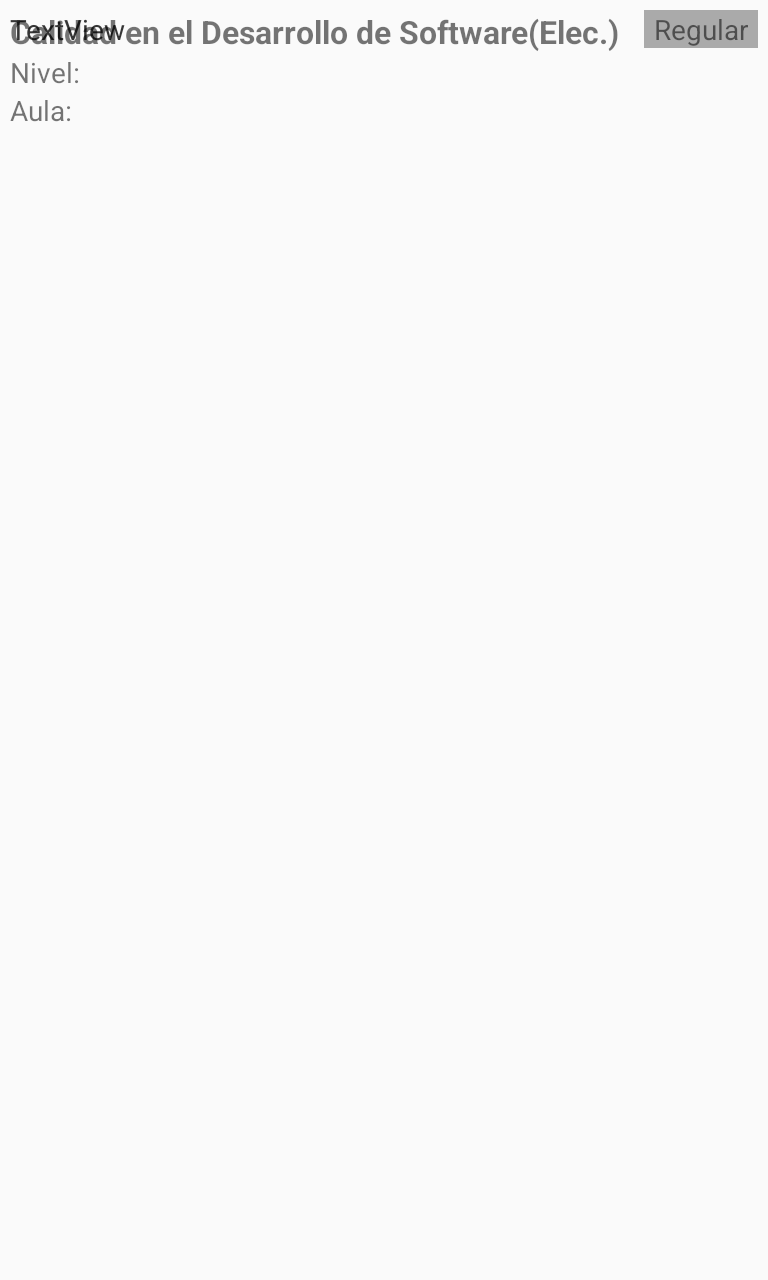
Repository: juanpablobono/Sysacadalumnos
Layout: Sysacad/res/layout/lst_cursado_item.xml
These files come from the project's save history. The layout is drawn as it stood at one moment and after the next save; the edit follows.
It is drawn on a 768 x 1280 px phone screen (xhdpi) without system bars, with theme temaSysacad; the app's code is not run.

Above is the layout before, as saved 2014-07-07 12:44:18.

After the next save:
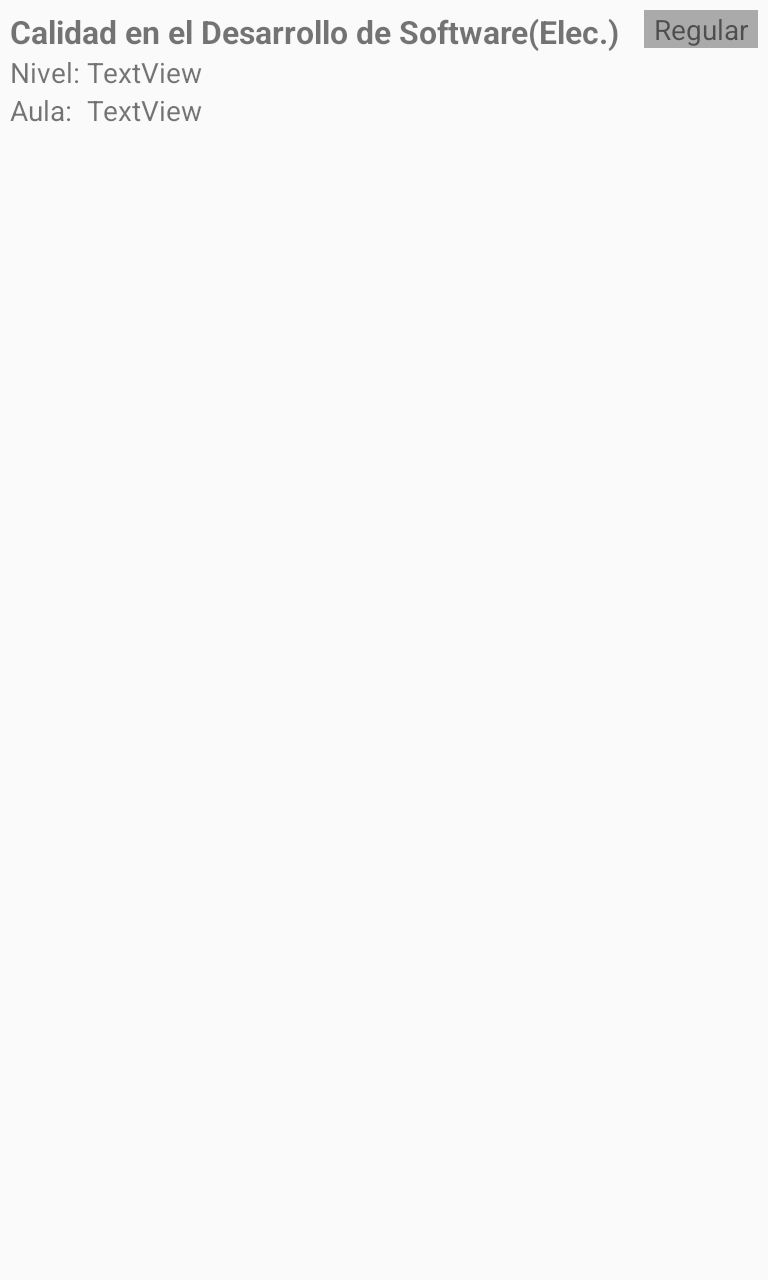
Saved 15 s later.
--- a/Sysacad/res/layout/lst_cursado_item.xml
+++ b/Sysacad/res/layout/lst_cursado_item.xml
@@ -48,18 +48,18 @@
         android:id="@+id/lblNivel"
         android:layout_width="wrap_content"
         android:layout_height="wrap_content"
-        android:layout_alignBaseline="@+id/textView1"
-        android:layout_alignBottom="@+id/textView1"
-        android:layout_toRightOf="@+id/textView1"
+        android:layout_alignBaseline="@+id/lblForNivel"
+        android:layout_alignBottom="@+id/lblForNivel"
+        android:layout_toRightOf="@+id/lblForNivel"
         android:text="TextView" />
 
     <TextView
         android:id="@+id/lblAula"
         android:layout_width="wrap_content"
         android:layout_height="wrap_content"
-        android:layout_alignBaseline="@+id/textView2"
-        android:layout_alignBottom="@+id/textView2"
-        android:layout_alignLeft="@+id/textView3"
+        android:layout_alignBaseline="@+id/lblForAula"
+        android:layout_alignBottom="@+id/lblForAula"
+        android:layout_alignLeft="@+id/lblNivel"
         android:text="TextView" />
 
 </RelativeLayout>
